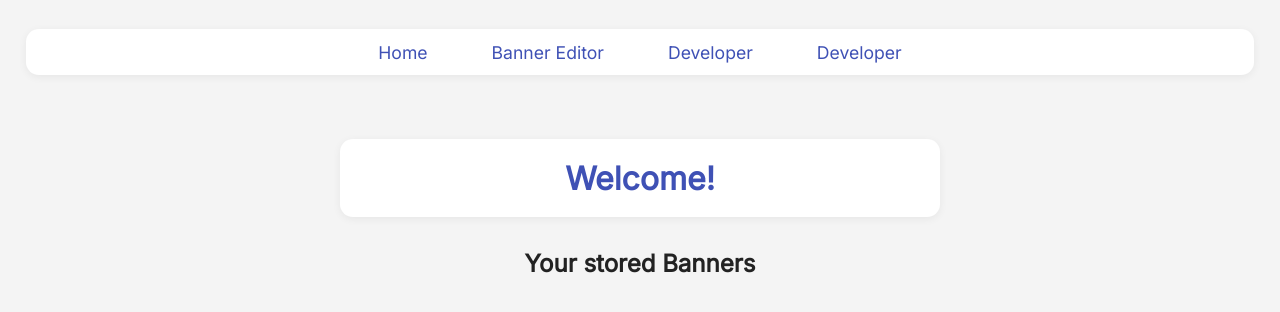
Repository: Yuravolontir/--Baner-Editor--
Page: dashboard.html
These files come from the project's save history. The page is drawn as it stood at one moment and after the next save; the edit follows.
The browser window is 1280 px wide. The pictures show the whole page.

Above is the page before, as saved 2025-07-17 17:12:24.

### dashboard.html
<!DOCTYPE html>
<html lang="en">
<head>
    <meta charset="UTF-8">
    <meta name="viewport" content="width=device-width, initial-scale=1.0">
    <title>Document</title>
    <link rel="stylesheet" href="/styles/dashboard.css">
    <script type="module" src="/scripts/dashboard.js"></script>
    <!--Google Fonts-->
 <link href="https://fonts.googleapis.com/css2?family=Be+Vietnam+Pro&family=DM+Sans&family=Figtree&family=Inter&family=Manrope&family=Outfit&family=Rubik&family=Space+Grotesk&family=Sora&family=Urbanist&display=swap" rel="stylesheet">
<link rel="preconnect" href="https://fonts.googleapis.com">
<link rel="preconnect" href="https://fonts.gstatic.com" crossorigin>
<link href="https://fonts.googleapis.com/css2?family=Bangers&family=Lobster+Two:ital,wght@0,400;0,700;1,400;1,700&family=Orbitron:wght@400..900&family=Silkscreen:wght@400;700&display=swap" rel="stylesheet">

<!-- Include html2canvas library for capturing the banner as an image-->
<script src="https://cdn.jsdelivr.net/npm/html2canvas@1.4.1/dist/html2canvas.min.js"></script>

</head>
<body>

<nav>
    <ul>
    <li><a href="/dashboard.html">Home</a></li>
    <li><a href="/banner.html">Banner Editor</a></li>
    <li><a href="/thanks-to-developer.html">Developer</a></li>
    <li><a href="/thanks-to-developer.html">Developer</a></li>
    </ul>
</nav>

<h1 id="welcome"></h1>
<h2 id="strored-banners">Your stored Banners</h2>
<div id="preview">

</div>
</body>
</html>

### styles/dashboard.css
:root {
  --font-main: 'Inter', sans-serif;
  --color-bg: #f4f4f4;
  --color-dark: #222;
  --color-accent: #3f51b5;
  --control-bg: #fff;
  --border-radius: 0.8rem;
  --spacing: 1rem;
}

* {
  margin: 0;
  padding: 0;
  box-sizing: border-box;
}

html, body {
  font-family: var(--font-main);
  background-color: var(--color-bg);
  color: var(--color-dark);
  height: 100%;
  min-height: 100vh;
}

body {
  display: flex;
  flex-direction: column;
  align-items: center;
  min-height: 100vh;
  padding: 4vh 2vw;
}

/* Navigation styling */
nav {
  width: 100%;
  margin-bottom: 2rem;
  background: var(--control-bg);
  box-shadow: 0 2px 8px rgba(0,0,0,0.06);
  border-radius: var(--border-radius);
  padding: 0.8rem 0;
  display: flex;
  justify-content: center;
}

nav ul {
  list-style: none;
  display: flex;
  gap: 2rem;
  padding: 0;
  margin: 0;
}

nav ul li a {
  text-decoration: none;
  color: var(--color-accent);
  font-size: 1.1rem;
  font-weight: 500;
  transition: color 0.2s;
  padding: 0.5rem 1rem;
  border-radius: 0.5rem;
}

nav ul li a:hover {
  background: #e3e7fa;
  color: #2c3e91;
}

/* Dashboard content */
h1#welcome {
  font-size: 2rem;
  font-weight: 700;
  margin-top: 2rem;
  margin-bottom: 2rem;
  text-align: center;
  color: var(--color-accent);
  background: var(--control-bg);
  padding: 1.2rem 2rem;
  border-radius: var(--border-radius);
  box-shadow: 0 2px 8px rgba(0,0,0,0.06);
  max-width: 600px;
  width: 100%;
}

/* Responsive styles */
@media (max-width: 768px) {
  body {
    padding: 2vh 1vw;
  }
  nav ul {
    gap: 1rem;
  }
  h1#welcome {
    font-size: 1.3rem;
    padding: 1rem 1vw;
    margin-top: 1rem;
    margin-bottom: 1rem;
  }
}

### scripts/dashboard.js




window.addEventListener("DOMContentLoaded", welcomeUser);
window.addEventListener("DOMContentLoaded", UsersBannersList);


function welcomeUser() {
    const welcome = document.getElementById("welcome");
    const name = localStorage.getItem('currentUser'); // <-- Get username
    welcome.textContent = name ? `Welcome, ${name}!` : "Welcome!";}



function UsersBannersList() {
    const storedUsersBanners = JSON.parse(localStorage.getItem('UsersBanners')) || [];
    const preview = document.getElementById("preview");
    preview.innerHTML = "";

    const currentUser = localStorage.getItem('currentUser');

    for (let i = 0; i < storedUsersBanners.length; i++) {
        const b = storedUsersBanners[i];
        if (b.username === currentUser)
            {
            const banner = document.createElement("div");
            banner.className = "banner";
            banner.style.width = b.width;
            banner.style.height = b.height;

            if (b.designstyle!== "default") {
                switch (b.designstyle) {
                    case "gradient1":
                        banner.style.background = "linear-gradient(to right, #ff7e5f, #feb47b)";
                        break;
                    case "gradient2":
                        banner.style.background = "linear-gradient(135deg, #ff6b6b, #6a00f4)";
                        break;
                    case "gradient3":
                        banner.style.background = "linear-gradient(to right, #0f2027, #203a43, #2c5364)";
                        break;
                }
            } else {
                banner.style.backgroundColor = b.backgroundcolor;
                banner.style.border = "1px solid black";
            }

            const heading = document.createElement("h1");
            heading.textContent = b.hedingtext;
            heading.style.color = b.headingcolor;
            heading.style.fontFamily = b.headingfont;
            heading.style.fontSize = b.headingfontsize + "px";
            heading.style.textAlign = "center";
            banner.appendChild(heading);

            const text = document.createElement("pre");
            text.textContent = b.maintext;
            text.style.color = b.textcolor;
            text.style.fontFamily = b.textfont;
            text.style.fontSize = b.textfontsize + "px";
            text.style.textAlign = "center";
            banner.appendChild(text);



            const outerDiv = document.createElement("div");
            const downloadbutton = document.createElement("button");
            const deletebutton = document.createElement("button");
            downloadbutton.textContent = "Download";
            deletebutton.textContent = "Delete";
            downloadbutton.className = "download-button";
            deletebutton.className = "delete-button";

            // Add event listener for the download button
            downloadbutton.addEventListener("click", () => {
                html2canvas(banner).then(canvas => {
                    const link = document.createElement("a");
                    link.download = "my-banner.png";
                    link.href = canvas.toDataURL();
                    link.click();
                });
            });
            // ----------------------------
            deletebutton.addEventListener("click", () => {
                storedUsersBanners.splice(i, 1);
                localStorage.setItem('UsersBanners', JSON.stringify(storedUsersBanners));
                UsersBannersList();
            });





            outerDiv.appendChild(banner);
            outerDiv.appendChild(downloadbutton);
            outerDiv.appendChild(deletebutton);

            preview.appendChild(outerDiv);










        }
    }
}

After the next save:
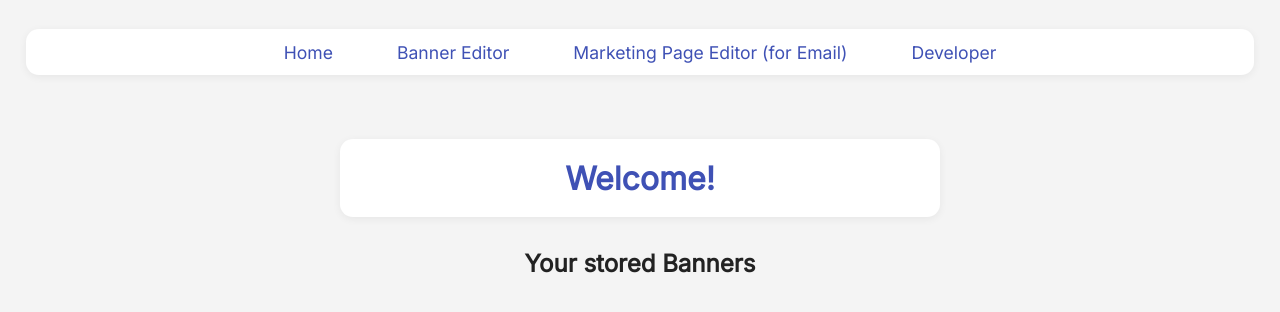
Saved 80 s later.
--- a/dashboard.html
+++ b/dashboard.html
@@ -22,7 +22,7 @@
     <ul>
     <li><a href="/dashboard.html">Home</a></li>
     <li><a href="/banner.html">Banner Editor</a></li>
-    <li><a href="/thanks-to-developer.html">Developer</a></li>
+    <li><a href="/thanks-to-developer.html">Marketing Page Editor (for Email)</a></li>
     <li><a href="/thanks-to-developer.html">Developer</a></li>
     </ul>
 </nav>
